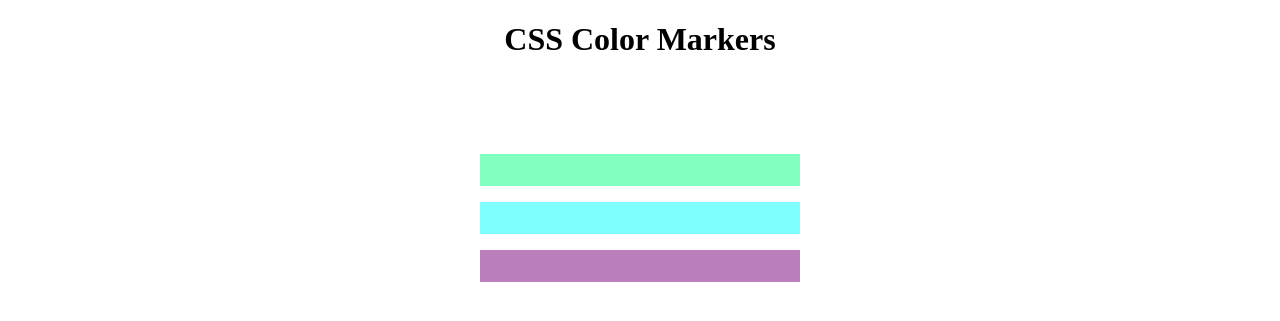
Repository: Lungdjos/color_markers
Page: index.html
An editor plug-in stored every save of this project. The page is shown before and after the next save, followed by the edit.
The browser window is 1280 px wide. The pictures show the whole page.

Above is the page before, as saved 2023-09-18 18:36:14.

After the next save:
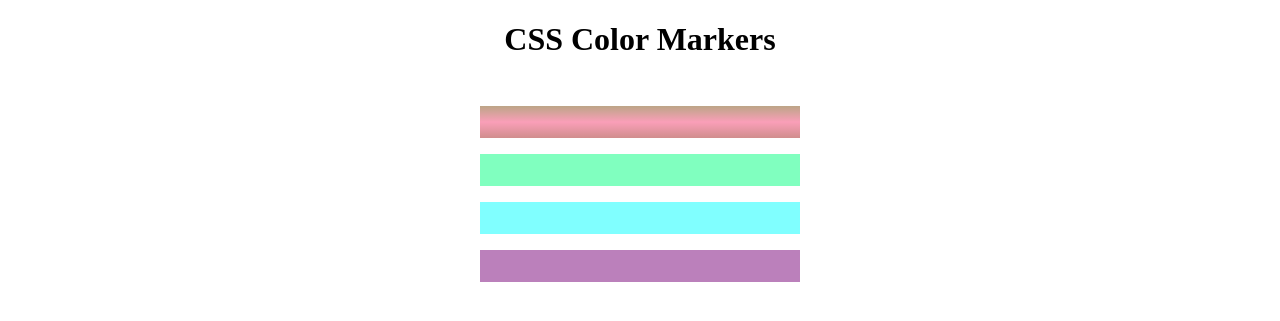
Saved 44 s later.
--- a/styles.css
+++ b/styles.css
@@ -12,7 +12,7 @@ h1 {
 }
 
 .orange {
-    background: linear-gradient(rgb(255, 0, 0), hsl(127, 100%, 0%), hh cyan);
+    background: linear-gradient(rgb(122, 74, 14), rgb(245, 62, 113), rgb(162, 27, 27));
 }
 
 .green {
